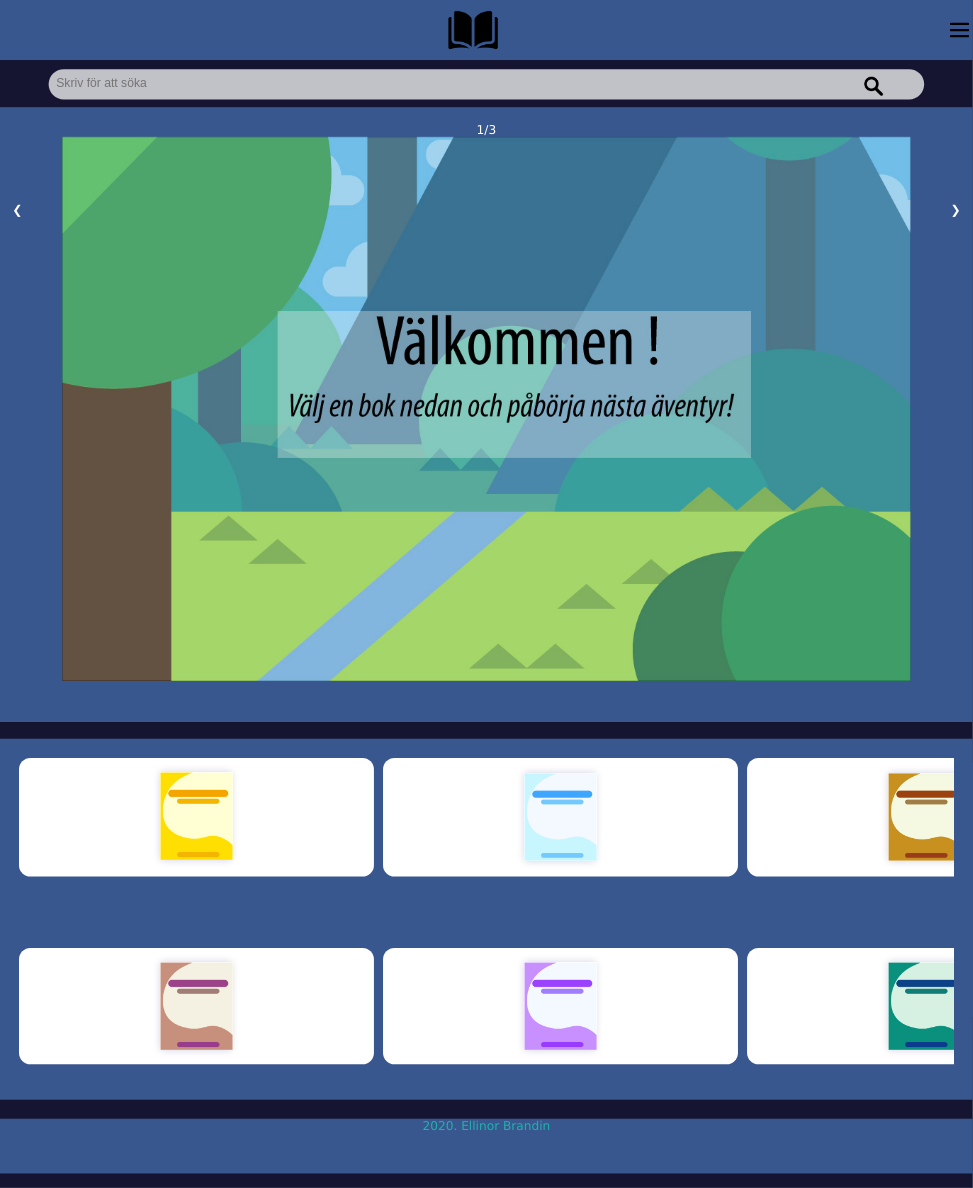
Repository: EllinorBrandin/projekt2
Page: index.html
An editor plug-in stored every save of this project. The page is shown before and after the next save, followed by the edit.
The browser window is 1280 px wide. The pictures show the whole page, at 76% of full size.

Above is the page before, as saved 2020-05-29 01:14:00.

### index.html
<!DOCTYPE html>
<html lang="en">
<head>
    <meta charset="UTF-8">
    <meta name="viewport" content="width=device-width, initial-scale=1.0">
    <meta http-equiv="X-UA-Compatible" content="ie=edge">
    <title>Hemskärm</title>
    <link rel="stylesheet" type="text/css" href="css/style.css"/>
</head>
<body>
    <!--NAVBAR-->
<div id="container">
    <div class="navbar">
      <img src="img/171322.png" alt="Boklogga" class="boklogga">
       <div class="hamburgermeny">

           <ul class="navLinks">

            <li class="link1"><a href="minprofil.html">Min profil</a></li>
            <li class="link2"><a href="kontakt.html">Kontakt</a></li>
            <li class="link4"><a href="faq.html">F.A.Q</a></li>
            <li class="link4"><a href="installningar.html">Inställningar</a></li>

          </ul>

        </div>

          <div class="burger">
            <div class="line1"></div>
            <div class="line2"></div>
            <div class="line3"></div>
          </div>
    </div>
      <div class="header">

<div class="slideshow">

    <div class="mySlides fade">
      <div class="numbertext">1/3</div>
      <img src="img/till-weuweb.jpg" alt="Slideshow" id="till-weuweb" >
      <div class="text1"></div>
    </div>

    <div class="mySlides fade">
      <div class="numbertext">2/3</div>
      <img src="img/ännu-en-till-weuweb.jpg" alt="Slideshow" id="till-weuweb">
      <div class="text"></div>
    </div>

    <div class="mySlides fade">
      <div class="numbertext">3/3</div>
      <img src="img/sista-för-weuweb.jpg"  alt="Slideshow" id="till-weuweb">
      <div class="text"></div>
    </div>

    </div>

    <a class="prev" onclick="plusSlides (-1)">&#10094;</a>
    <a class="next" onclick="plusSlides(1)">&#10095;</a>
</div>

<br>

<div style= "text-align:center">

  <span class="dot" onlcick="currentSlide (1) ">
  </span>
  <span class="dot" onlcick="currentSlide (2) ">
  </span>
  <span class="dot" onlcick="currentSlide (3) ">
  </span>

</div>

<div class="main">
        <div class="allbooks">

          <ul class="hs">

            <li class="item">
              <a href="gulbok.html">
              <img src="img/Gul-bok.jpg" class="smolpic"></a></li>
            <li class="item"><img src="img/booktwo.jpg" alt="A book" class="smolpic"></li>
            <li class="item"><img src="img/bookfour.jpg" alt="A book"class="smolpic"></li>
            <li class="item"><img src="img/bookfive.jpg" alt="A book"class="smolpic"></li>
            <li class="item"><img src="img/booksix.jpg" alt="A book"class="smolpic"></li>
            <li class="item"><img src="img/book-three.jpg" alt="A book"class="smolpic"></li>
          </ul>

      </div>
        <div class="otherbooks">
          <ul class="ha">
            <li class="item"><img src="img/bookfive.jpg" alt="A book"class="smolpic"></li>
            <li class="item"><img src="img/book-three.jpg" alt="A book"class="smolpic"></li>
            <li class="item"><img src="img/booksix.jpg" alt="A book"class="smolpic"></li>
            <li class="item"><img src="img/booktwo.jpg" alt="A book"class="smolpic"></li>
            <li class="item"><img src="img/Gul-bok.jpg" alt="A book"class="smolpic"></li>
            <li class="item"><img src="img/bookfour.jpg" alt="A book"class="smolpic"></li>

          </ul>

        </div>

      </div>

        <div class="search">
          <input class="search-txt" type="text" name="" placeholder="Skriv för att söka">
          <a class="search-btn" href="#">
          </a>
          <div id="button" onclick="myFunction()">
            <img src="img/research.png" alt="Sök knapp" class="searchbutton" >
          </div>

        </div>
        <div class="footer">2020. Ellinor Brandin</div>
</div>


</div>

<!--/NAVBAR-->

<div id="bodycontainer"></div>

<script src="js/script.js"></script>
</body>
</html>

### css/style.css
@media only screen and (min-width: 300px) {

  *{
    margin: 0px;
    padding: 0px;
    box-sizing: border-box;
  }
#container {
    display: grid;
    width: 100%;
    grid-template-columns:2fr 1fr;
    text-align: center;
    background-color: rgb(21, 21, 49);
  font-family: 'Lucida Sans', 'Lucida Sans Regular', 'Lucida Grande', 'Lucida Sans Unicode', Geneva, Verdana, sans-serif;
    grid-template-areas:
        'nv nv nv nv'
        'hm hm hm hm'
        'hd hd hd hd'
        'mn mn mn mn'
        'ft ft ft ft';
}

/*nav*/

.navbar{
    grid-area: nv;
    position: relative;
    display: flex;
    justify-content: flex-end;
    align-items:center;
    text-align: center;
    margin-bottom: 12px;
    height: 11vh;
    background-color: rgb(57, 87, 143);
    font-family:'Segoe UI', Tahoma, Geneva, Verdana, sans-serif;
}



  .navLinks {
    display: flex;
    flex-direction: column;
    justify-content: space-around;
    position: absolute;
    right: 0px;
    height: 70vh;
    z-index:2;
    line-height: 20vh;
    top: -89vh;
    background-color: rgb(57, 87, 143) ;
    transition: all 0.5s;
    box-shadow: -5px 2px 3px rgba(8, 13, 78, 0.295);
  }

  .yellowbooket{
    margin-left: auto;
    margin-right: auto;
    font-size: 12px;
  }
}
  /* logga */

.boklogga {
  display: block;
  margin-left: auto;
  margin-right: auto;
  width: 65px;
}

.kontaktlogga {
  display: block;
  margin-left: auto;
  margin-right: auto;
  width: 65px;
}

.ovrigtlogga{
  display: block;
  margin-left: auto;
  margin-right: auto;
  width: 65px;
}

.profil {
  display: block;
  margin-left: auto;
  margin-right: auto;
  width: 65px;
}

.fraglogga {
  display: block;
  margin-left: auto;
  margin-right: auto;
  width: 65px;
}

/* /logga */

  .navLinks a {
    color: white;
    text-decoration: none;
    letter-spacing: 3px;
    font-weight: bold;
    font-size: 14px;
    height: 17.5px;
  }
.link1{
  transition: 0.5s;
  height: 17.5vh;
}

.link1:hover{
  background-color: rgba(255, 255, 255, 0.356);

}

.link2{
  transition: 0.5s;
  height: 17.5vh;

}
.link2:hover{
  background-color: rgba(255, 255, 255, 0.295);

}

.link3{
  transition: 0.5s;
  height: 17.5vh;


}
.link3:hover{
  background-color: rgba(255, 255, 255, 0.295);

}
.link4{
  transition: 0.5s;
  height: 17.5vh;


}
.link4:hover{
  background-color: rgba(255, 255, 255, 0.295);

}

  .burger div {
    width: 25px;
    height: 3px;
    background-color: black;
    margin: 5px;
    border-radius: 10%;
    transition: all 0.5s;
  }

  .toggle .line1 {
    transform: rotate(-45deg) translate(-5px, 6px);
  }

  .toggle .line2 {
  opacity: 0;
  }

  .toggle .line3 {
    transform: rotate(45deg) translate(-5px, -6px);
  }

  .navActive {
    transform: translateY(100vh);
  }

/* /nav */

.header {
  margin-top: 10px;
  margin-bottom: 10px;
  grid-area: hd;
  height: 100%;
  background-color: rgb(57, 87, 143);
  color: rgb(255, 255, 255);
  margin-bottom: 20px;
}

*{box-sizing: border-box}

.slideshow {
  max-width: 100vw;
  position: relative;
  margin: auto;
  margin: 20px;
}

.myslides {
  display: none;
}

#till-weuweb{
  width: 90%;
}

.prev, .next {
  cursor: pointer;
  position: absolute;
  top: 50%;
  width: auto;
  padding: 16px;
  margin-top: -110px;
  color: white;
  border-radius: 0 3px 3px 0;
  user-select: none;
  transition: 0.35s ease;
}

.next {
  right:0;
  border-radius: 0 3px 3px 0;
}

.prev{
  left:0;
  border-radius: 0 3px 3px 0;

}

.text1 {
  color: white;
  font-weight: bold;

}

.prev:hover, .next:hover {
  background-color: rgba(0, 10, 39, 0.548);
}

.fade {
  -webkit-animation-name: fade;
  -webkit-animation-duration: 1.5s;
  animation-name: fade;
  animation-duration: 1.5s;
}

@-webkit-keyframes fade {
  from {opacity: .4}
  to {opacity: 1}
}

@keyframes fade {
  from {opacity: .4}
  to {opacity: 1}
}

.main {
  position: relative;
  margin-top: 32px;
  margin-bottom: 25px;
  grid-area: mn;
  background-color: rgb(57, 87, 143);
  height: 66vh;
  color: rgb(10, 16, 102);
  font-size: 12px;
  font-weight: bold;
  }

:root {
  --gutter: 25px;
}

.allbooks{
  padding: var(--gutter) 0;
  display:grid;
  grid-gap: var(--gutter) 0;
  grid-template-columns: var(--gutter) 1fr var(--gutter);
  align-content: start;
}

.allbooks > * {
  grid-column: 2 / -2;
}

.allbooks > .full {
  grid-column: 1 / -1;
}

.hs {
  display: grid;
  grid-gap: calc(var(--gutter) / 2);
  grid-template-columns: repeat(6, calc(42% - var(--gutter) * 2));
  grid-template-rows: minmax(150px, 1fr);

  overflow-x: scroll;
  scroll-snap-type: x proximity;
  padding-bottom: calc(.75 * var(--gutter));
  margin-bottom: calc(-.25 * var(--gutter));
}

ul {
  list-style: none;
  padding: 0;
}


.allbooks {
  width: 100vw;
  height: 250px;
  overflow-y: scroll;
}

.hs > li,
.item {
  scroll-snap-align: center;
  padding: calc(var(--gutter) / 2 * 1.5);
  display: flex;
  flex-direction: column;
  justify-content: center;
  align-items: center;
  background: white;
  border-radius: 15px;
}

:root {
  --gutter: 25px;
}

.otherbooks{
  padding: var(--gutter) 0;
  display:grid;
  grid-gap: var(--gutter) 0;
  grid-template-columns: var(--gutter) 1fr var(--gutter);
  align-content: start;
}

.otherbooks > * {
  grid-column: 2 / -2;
}

.otherbooks > .full {
  grid-column: 1 / -1;
}

.ha {
  display: grid;
  grid-gap: calc(var(--gutter) / 2);
  grid-template-columns: repeat(6, calc(42% - var(--gutter) * 2));
  grid-template-rows: minmax(150px, 1fr);

  overflow-x: scroll;
  scroll-snap-type: x proximity;
  padding-bottom: calc(.75 * var(--gutter));
  margin-bottom: calc(-.25 * var(--gutter));
}

ul {
  list-style: none;
  padding: 0;
}


.otherbooks {
  width: 100vw;
  height: 250px;
  overflow-y: scroll;
}

.ha > li,
.item {
  scroll-snap-align: center;
  padding: calc(var(--gutter) / 2 * 1.5);
  display: flex;
  flex-direction: column;
  justify-content: center;
  align-items: center;
  background: white;
  border-radius: 15px;
}

.footer {
  grid-area: ft;
  background-color: rgb(57, 87, 143);
  height: 10vh;
  color: lightseagreen;
}
/*SEARCH*/
.search{
  grid-area: hm;
  background-color: rgba(255, 255, 255, 0.733);
  width: 90%;
  margin-left: auto;
  margin-right: auto;
  top: 50%;
  height: 40px;
  border-radius: 40px;
  left: 50%;
  font-style: italic;
  color: black;
  padding: 10px;
}

.search-txt {
  border: none;
  background: none;
  outline: none;
  float: left;
  padding: 0;
  color: white;
  font-size: 16px;
  transition: 0.4s;
  text-emphasis: center;
  width: 90%;
}

.searchbutton{
height: 25px;
cursor: pointer;

}

.searchbutton:hover{
  color: darkblue
}

/*/SEARCH*/

.smolpic{
  height:115px;
  box-shadow: -1px 0px 10px rgba(10, 16, 100, 0.185);
}

.smolpic:hover{
  transform: rotate(15deg);
  transition: 1s;
}

.hooder {
  grid-area: hd;
  height: 340px;
  background-color: rgb(146, 189, 247);
  margin-bottom: 12px;
  text-align: center;
  color: black;
  font-weight: bold;
  width: 500px;
  margin-left: auto;
  margin-right: auto;
}

.profilepic{
height: 100px;
}

#moon{
  grid-area: mn;
  background-color: rgb(57, 87, 143);
  height: 500px;
  margin-bottom: 12px;
  margin-left: 10px;
  margin-right: 10px;
}

.classes{
  background-color: rgb(146, 189, 247);
  height: 30px;
}

.otherclasses{
  background-color: rgb(91, 143, 211);
  height: 30px;
  font-stretch: extra-expanded;
}

#fpt{
  background-color: rgb(57, 87, 143);
  grid-area: ft;
  margin-bottom: 12px;
  height: 100px;
  color: lightseagreen;

}

.arrow{
  width: 50%;
}

#wowsie{
  grid-area: hd;
  height: 50px;
  background-color: rgb(146, 189, 247);
  margin-right: 10%;
  margin-left: 10%;
  margin-bottom: 2%;
  font-size: 39px;
  font-weight: 530;
}

.meen{
  grid-area: mn;
  font-size: 14px;
  text-align: left;
  background-color: rgb(146, 189, 247);
  margin-left: 30px;
  margin-right: 30px;
}

#spice{
  font-size: 20px;
}

#jajaja{
  margin-top: 10px;
  font-weight: 560;
  color:grey

}
#massatext{
  margin-top: 10px;
  font-size: 12px;;
  margin-bottom: 10px;
}

.blok{
  background-color: white;
  height: 110%;
  margin-left: 10%;
  margin-right: 10%;

}

#aa{
  margin: 10px;
}

#feeter{
  grid-area: ft;
  height: 50px;
  background-color: rgb(57, 87, 143);
  text-align: center;
  color: lightseagreen;
  font-family: -apple-system, BlinkMacSystemFont, 'Segoe UI', Roboto, Oxygen, Ubuntu, Cantarell, 'Open Sans', 'Helvetica Neue', sans-serif;
}

#yellowbooket{
  text-align: center;
}

.retreat{
  border: none;
  background-color: rgba(21, 21, 49, 0.233);
  width:60px;
  height: 35px;
  font-weight: 500;
  cursor: pointer;
  margin-right: 90.6vw;
}

.retreat:hover{
transition: 0.4s;
background-color: rgba(146, 190, 247, 0.5);
}

.tinybox{
  grid-area: hm;
}

.smallerbox{
  background-color: rgb(146, 189, 247);
  height: 65px;
  margin-bottom: 13px;
  margin-left: 6%;
  margin-right: 6%;
  font-size: 38px;
}

.contactinfo{
  grid-area: hd;
  height: 400px;
  background-color: rgb(146, 189, 247);
  margin-bottom: 30px;

}

.idk{
  grid-area: mn;
  background-color: rgb(21, 21, 49);
  height: 581px;
}

.realfoot{
  grid-area: ft;
  background-color: rgb(57, 87, 143);
  height: 11vh;
  color: lightseagreen;

}

.email{
  height:15vh;
}

.email:hover{
  transition: 0.3s;
  background-color: rgba(255, 255, 255, 0.438);
}
.telefon {
  height:15vh;
}

.telefon:hover{
  transition: 0.3s;
  background-color: rgba(255, 255, 255, 0.438);
}
.instagram {
  height:15vh;
}

.instagram:hover{
  transition: 0.3s;
  background-color: rgba(255, 255, 255, 0.438);
}
.adress{
  height:15vh;
}
.adress:hover{
  transition: 0.3s;
  background-color: rgba(255, 255, 255, 0.438);
}

.geemail{
  color: rgb(61, 46, 148);
  margin-left: 30px;
}

.geemail:hover{
  transition: 0.27s;
  color: white;
}

.phoen{
  color: rgb(61, 46, 148);
}
.phoen:hover{
  transition: 0.27s;
  color: white;
}

.thingy{
  color: rgb(61, 46, 148);

}

.thingy:hover{
  transition: 0.27s;
  color: white;
}

.adrees{
  color: rgb(61, 46, 148);

}

.adrees:hover{
  transition: 0.27s;
  color: white;
}

#fak{
  font-size: 30px;
  font-weight: 600;
}

.questionbar{
  grid-area: mn;
  background-color: lightskyblue;
  height: 514px;
  width: 100%;
  margin-bottom: 13px;


}

.kvestions{
  height: 479px;
  background-color: rgb(212, 239, 255);
  line-height: 17vh;
  font-size: 18px;
  font-weight: 500;
  margin-left: 15%;
  margin-right: 15%;

}

.grass{
  height:119.75px;
}

.grass:hover{
  transition: 0.3s;
  background-color: rgba(255, 255, 255, 0.438);
}
.rain {
  height:119.75px;
}

.rain:hover{
  transition: 0.3s;
  background-color: rgba(255, 255, 255, 0.438);
}
.snow {
  height:119.75px;
}

.snow:hover{
  transition: 0.3s;
  background-color: rgba(255, 255, 255, 0.438);
}
.read{
  height:119.75px;
}
.read:hover{
  transition: 0.3s;
  background-color: rgba(255, 255, 255, 0.438);
}

.possibly{
  grid-area: mn;
  background-color:lightskyblue;
  height: 514px;
  width: 100%;
  margin-bottom: 13px;

}

.ja{
  height: 479px;
  background-color: rgb(212, 239, 255);
  line-height: 70vh;
  font-size: 25px;
  font-weight: 500;
  margin-left: 15%;
  margin-right: 15%;
}

### js/script.js
const nav = document.querySelector('.navLinks')
const burger = document.querySelector('.burger')

function toggleMeny() {
  nav.classList.toggle('navActive')
 burger.classList.toggle('toggle')

}
burger.addEventListener('click', toggleMeny)

var slideIndex = 1;
showSlides(slideIndex);

function plusSlides(n) {
  showSlides(slideIndex += n);
}

function currentSlide(n) {
  showSlides(slideIndex = n);
}

function showSlides(n) {
  var i;
  var slides = document.getElementsByClassName("mySlides");
  var dots = document.getElementsByClassName("dot");
  if (n > slides.length) {slideIndex = 1}
  if (n < 1) {slideIndex = slides.length}
  for (i = 0; i < slides.length; i++) {
      slides[i].style.display = "none";
  }
  for (i = 0; i < dots.length; i++) {
      dots[i].className = dots[i].className.replace(" active", "");
  }
  slides[slideIndex-1].style.display = "block";
  dots[slideIndex-1].className += " active";
}

function goBack() {
  window.history.back();
}

After the next save:
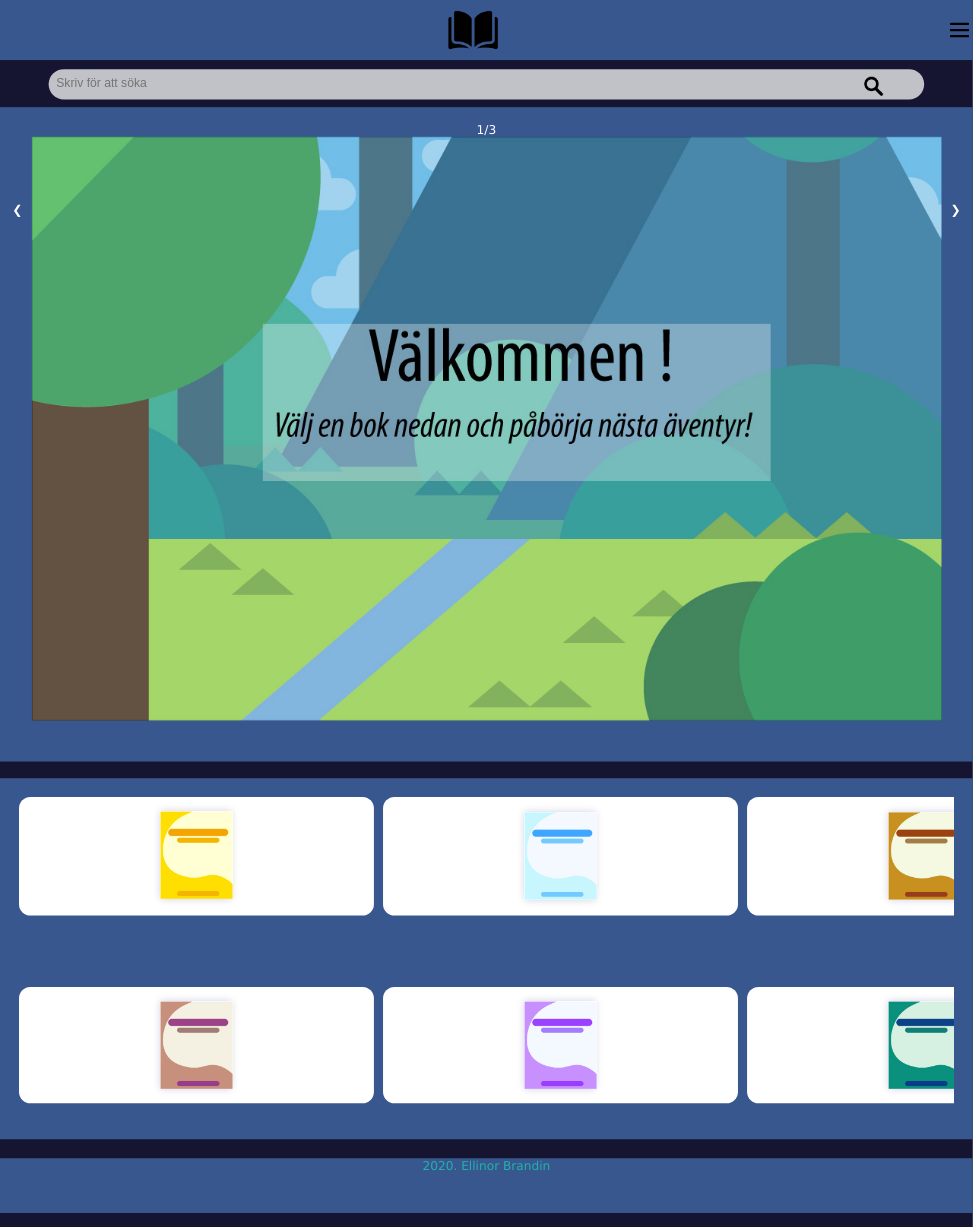
Saved 87 s later.
--- a/css/style.css
+++ b/css/style.css
@@ -194,11 +194,10 @@
 
 .myslides {
   display: none;
-}
-
-#till-weuweb{
   width: 90%;
 }
+
+
 
 .prev, .next {
   cursor: pointer;

After the save that followed:
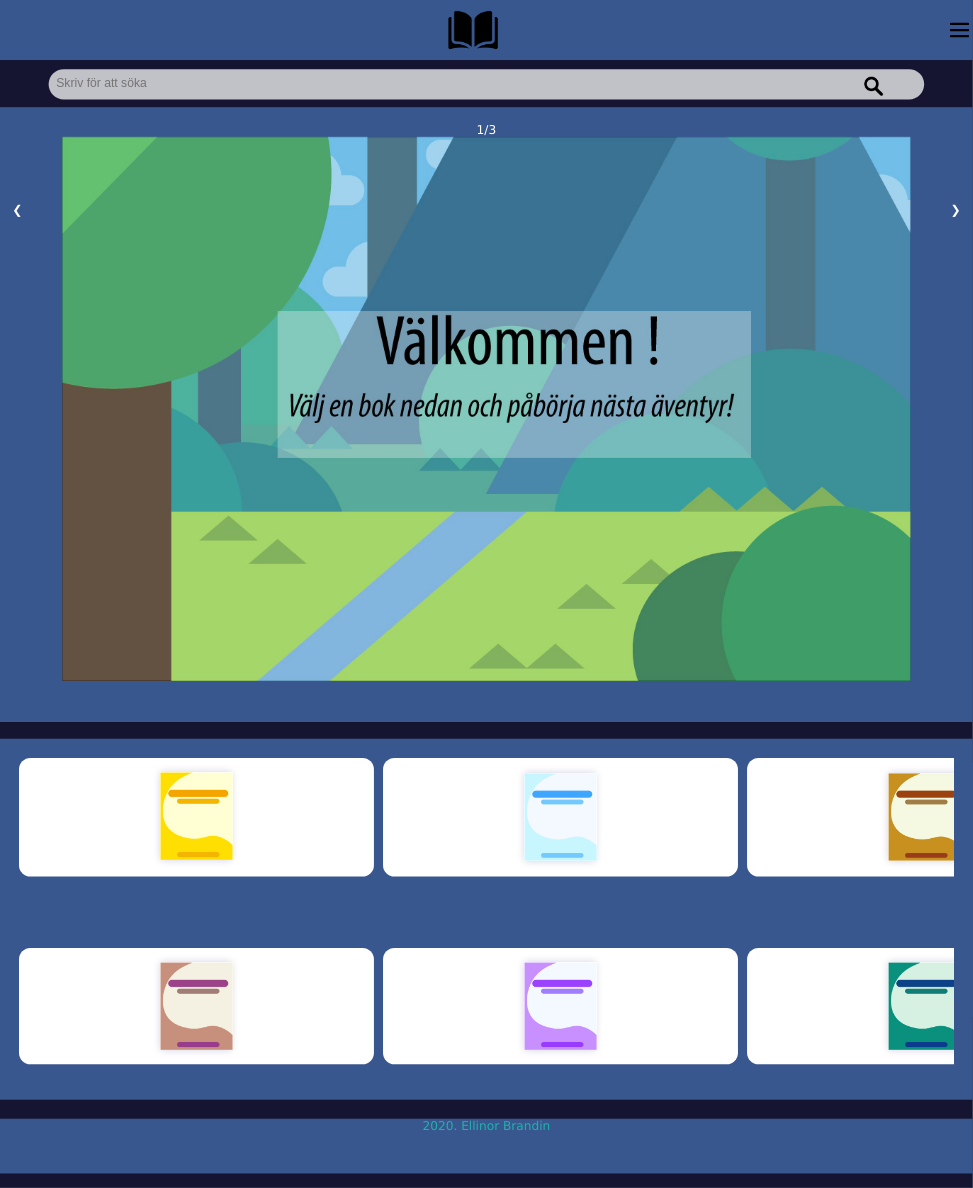
Saved 19 s later.
--- a/css/style.css
+++ b/css/style.css
@@ -194,10 +194,11 @@
 
 .myslides {
   display: none;
+}
+
+#till-weuweb{
   width: 90%;
 }
-
-
 
 .prev, .next {
   cursor: pointer;
